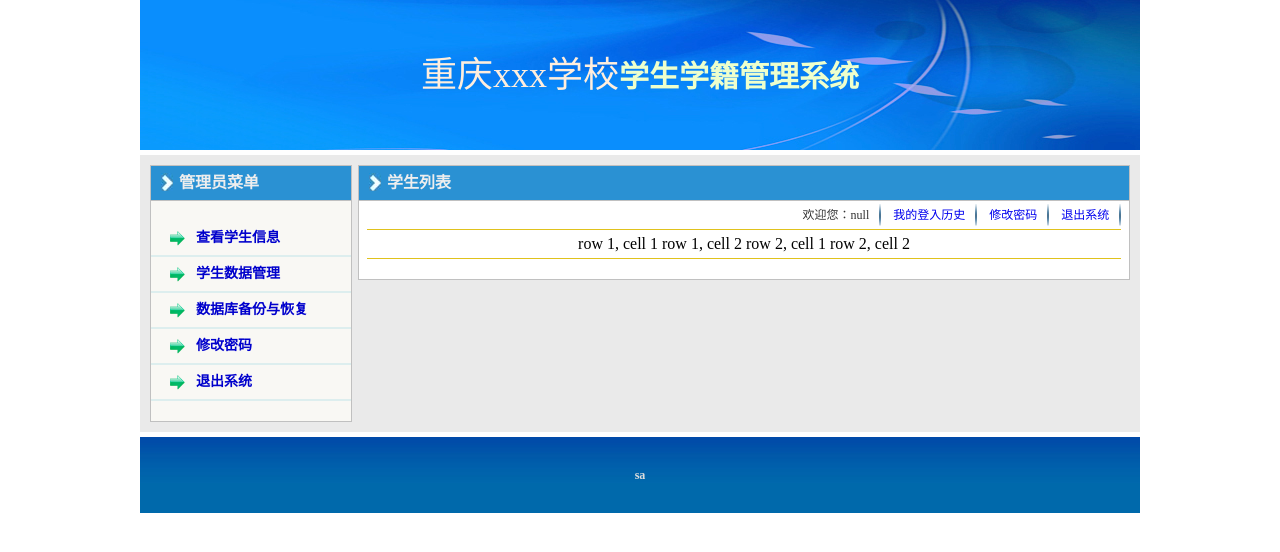
Repository: CityPace/demo
Page: http://localhost/demo/WEB-INF/List.jsp
The author's editor kept a copy of each file at every save. The page is drawn from the files as they stood at one save, then again after the next save.
The browser window is 1280 px wide. The pictures show the whole page.
The page is served by Tomcat 9. Nobody is signed in. The template is opened directly, without the code that normally fills it, so the values that code supplies are empty.

Above is the page before, as saved 2018-04-25 12:41:34.

After the next save:
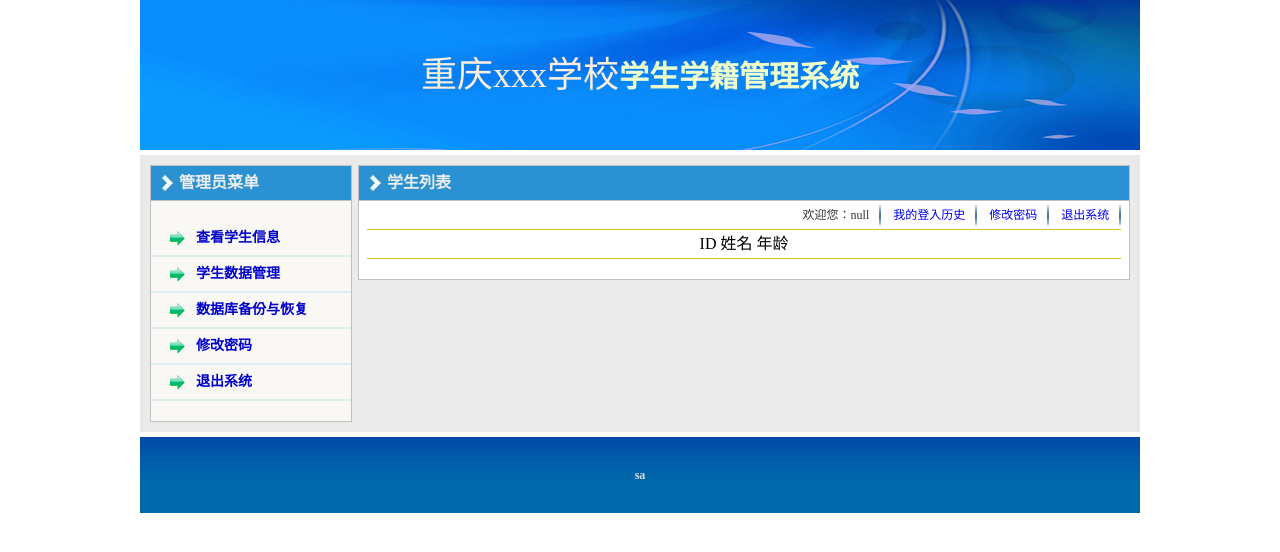
Saved 2 min 3 s later.
--- a/demo/demo/WebContent/WEB-INF/includes/centre.jsp
+++ b/demo/demo/WebContent/WEB-INF/includes/centre.jsp
@@ -10,14 +10,9 @@
 <body>
 	<div id="centre">
 		<ul>
-			<tr>
-				<td>row 1, cell 1</td>
-				<td>row 1, cell 2</td>
-			</tr>
-			<tr>
-				<td>row 2, cell 1</td>
-				<td>row 2, cell 2</td>
-			</tr>
+			<td>ID</td>
+			<td>姓名</td>
+			<td>年龄</td>
 		</ul>
 	</div>
 
